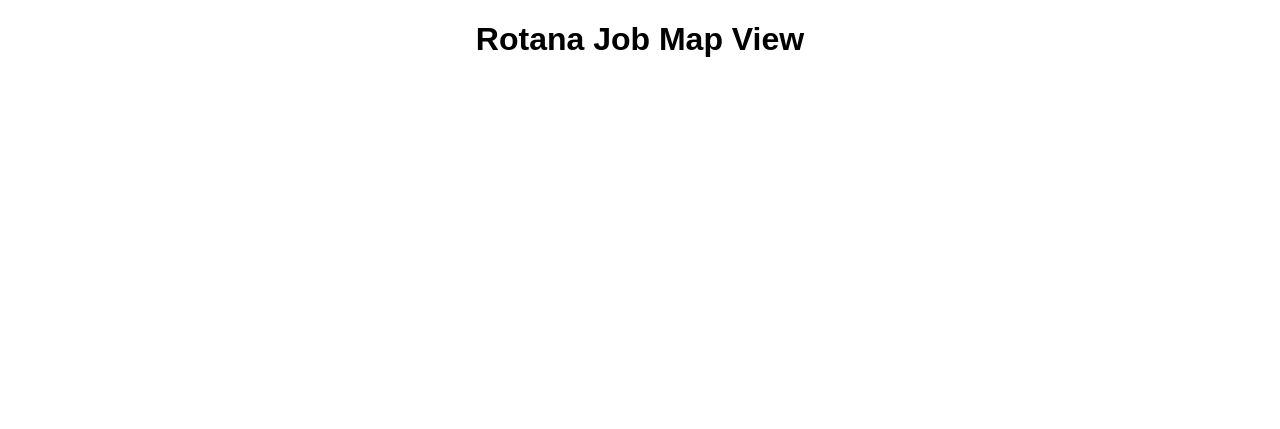
Repository: Reham28/RotanaJobs
Page: public/map.html
An editor plug-in stored every save of this project. The page is shown before and after the next save, followed by the edit.
The browser window is 1280 px wide. The pictures show the whole page.

Above is the page before, as saved 2023-09-16 18:14:45.

### public/map.html
<!DOCTYPE html>
<html lang="en">
<head>
  <meta charset="UTF-8">
  <meta name="viewport" content="width=device-width, initial-scale=1.0">
  <title>Rotana Job Map View</title>
  <link rel="stylesheet" href="style.css">
</head>
<body>
  <h1>Rotana Job Map View</h1>
  <div id="map"></div>

  <script src="map.js"></script>
</body>
</html>

### public/style.css
body {
    font-family: Arial, sans-serif;
  }

  h1 {
    text-align: center;
  }

  table {
    border-collapse: collapse;
    width: 50%;
    margin: 0 auto;
  }

  th, td {
    border: 1px solid #ddd;
    padding: 8px;
    text-align: left;
  }

  tr:nth-child(even) {
    background-color: #f2f2f2;
  }

  #map {
    height: 500px;
    width: 80%;
    margin: 0 auto;
  }

### public/map.js
function initMap() {
    fetch('/jobs')
      .then(response => response.json())
      .then(data => {
        const map = new google.maps.Map(document.getElementById('map'), {
          center: { lat: 0, lng: 0 },
          zoom: 2
        });

        data.forEach(job => {
          const infowindow = new google.maps.InfoWindow({
            content: `<h3>${job.title}</h3><p>${job.location}</p>`
          });

          const geocoder = new google.maps.Geocoder();
          geocoder.geocode({ address: job.location }, (results, status) => {
            if (status === 'OK' && results[0]) {
              const marker = new google.maps.Marker({
                position: results[0].geometry.location,
                map: map,
                title: job.title
              });

              marker.addListener('click', () => {
                infowindow.open(map, marker);
              });
            }
          });
        });
      })
      .catch(error => console.error('Error:', error));
  }

After the next save:
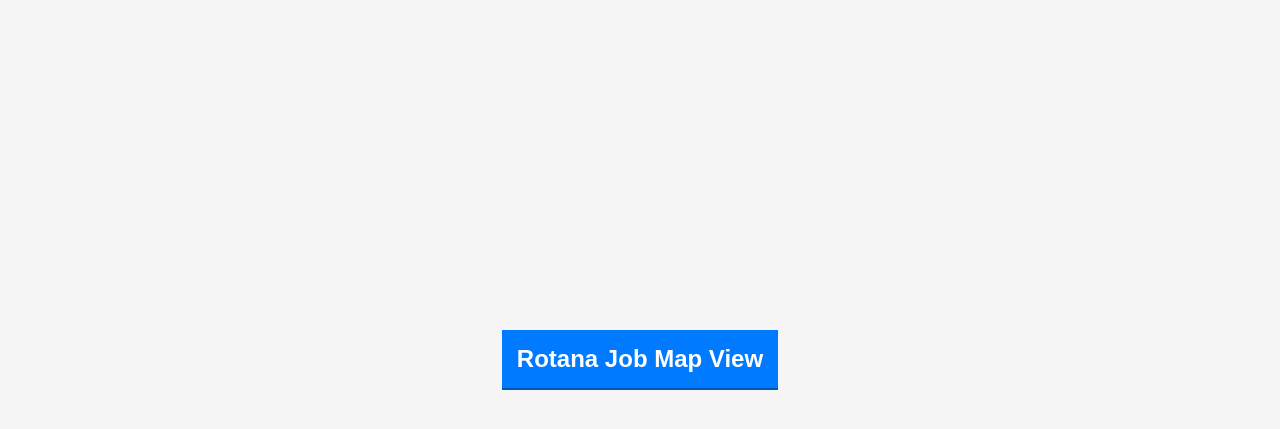
Saved 4 min 3 s later.
--- a/public/style.css
+++ b/public/style.css
@@ -1,29 +1,49 @@
 body {
     font-family: Arial, sans-serif;
+    background-color: #f5f5f5;
+    margin: 0;
+    display: flex;
+    justify-content: center;
+    align-items: center;
+    height: 100vh;
+  }
+
+  .container {
+    background-color: #fff;
+    border-radius: 10px;
+    box-shadow: 0 0 20px rgba(0, 0, 0, 0.1);
+    overflow: hidden;
   }
 
   h1 {
     text-align: center;
+    background-color: #007bff;
+    color: #fff;
+    margin: 0;
+    padding: 15px;
+    font-size: 24px;
+    border-bottom: 2px solid #0056b3;
   }
 
   table {
     border-collapse: collapse;
-    width: 50%;
-    margin: 0 auto;
+    width: 100%;
   }
 
   th, td {
-    border: 1px solid #ddd;
-    padding: 8px;
+    padding: 12px 15px;
     text-align: left;
+  }
+
+  th {
+    background-color: #007bff;
+    color: #fff;
   }
 
   tr:nth-child(even) {
     background-color: #f2f2f2;
   }
 
-  #map {
-    height: 500px;
-    width: 80%;
-    margin: 0 auto;
+  tr:hover {
+    background-color: #ddd;
   }

After the save that followed:
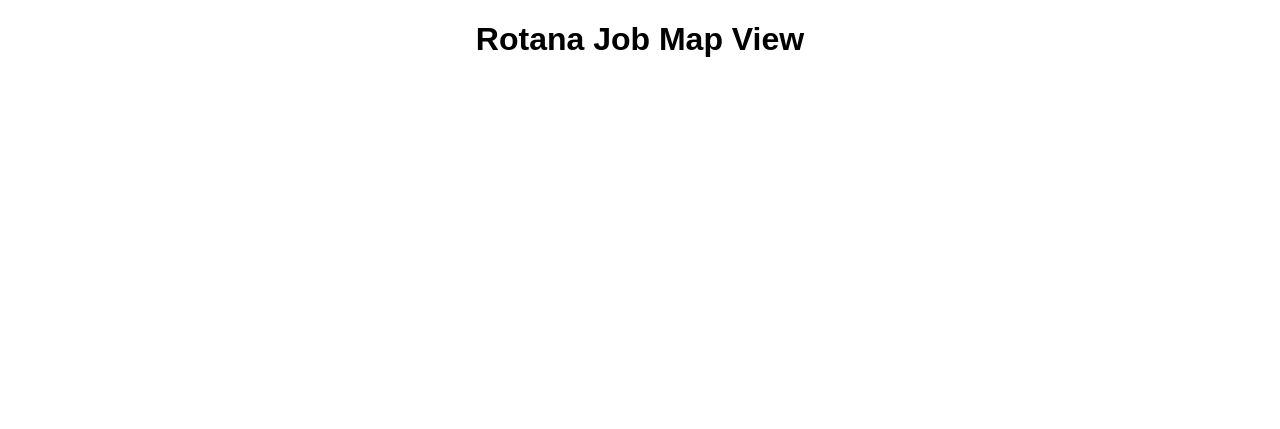
Saved 54 s later.
--- a/public/style.css
+++ b/public/style.css
@@ -1,49 +1,29 @@
 body {
     font-family: Arial, sans-serif;
-    background-color: #f5f5f5;
-    margin: 0;
-    display: flex;
-    justify-content: center;
-    align-items: center;
-    height: 100vh;
-  }
-
-  .container {
-    background-color: #fff;
-    border-radius: 10px;
-    box-shadow: 0 0 20px rgba(0, 0, 0, 0.1);
-    overflow: hidden;
   }
 
   h1 {
     text-align: center;
-    background-color: #007bff;
-    color: #fff;
-    margin: 0;
-    padding: 15px;
-    font-size: 24px;
-    border-bottom: 2px solid #0056b3;
   }
 
   table {
     border-collapse: collapse;
-    width: 100%;
+    width: 50%;
+    margin: 0 auto;
   }
 
   th, td {
-    padding: 12px 15px;
+    border: 1px solid #ddd;
+    padding: 8px;
     text-align: left;
-  }
-
-  th {
-    background-color: #007bff;
-    color: #fff;
   }
 
   tr:nth-child(even) {
     background-color: #f2f2f2;
   }
 
-  tr:hover {
-    background-color: #ddd;
+  #map {
+    height: 500px;
+    width: 80%;
+    margin: 0 auto;
   }
